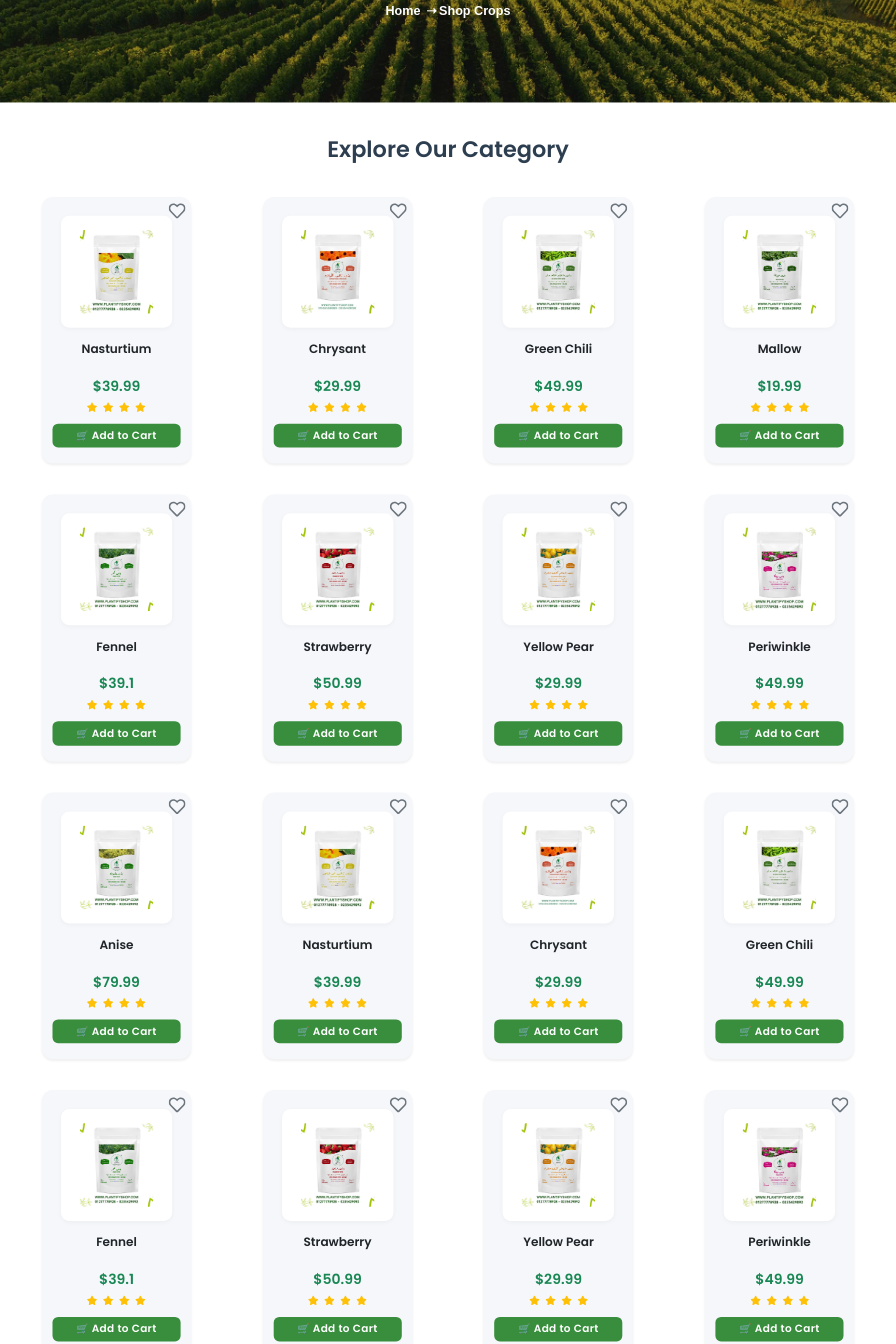
Repository: ShimaaMohamedRoshdi/WorkSpace-agromind
Page: /crops (app in agricultural-management-system-vs/agricultural-management-system-main/)
An editor plug-in stored every save of this project. The page is shown before and after a run of saves, followed by the edit.
The browser window is 1280 px wide. The pictures show the part of the page from y = 365 to 2285 px (the page is 3271 px tall before and 3293 px after), at 70% of full size.
Backgrounds fixed to the window are drawn as part of the page. The project was rebuilt for these pictures with package versions that can differ from the ones it lists, and the page was loaded fresh each time. Also part of the build but not shown: agricultural-management-system-vs/agricultural-management-system-main/vite.config.js, agricultural-management-system-vs/agricultural-management-system-main/services/api.jsx, agricultural-management-system-vs/agricultural-management-system-main/src/pages/SignUp.jsx, agricultural-management-system-vs/agricultural-management-system-main/src/pages/SignIn.jsx, agricultural-management-system-vs/agricultural-management-system-main/src/components/HealthyFoods.css, agricultural-management-system-vs/agricultural-management-system-main/src/components/HealthyFoods.jsx, agricultural-management-system-vs/agricultural-management-system-main/src/components/Products.jsx, agricultural-management-system-vs/agricultural-management-system-main/src/components/AgricultureSkill.jsx and 37 more.

Above is the page before, as saved 2025-05-02 23:43:40.

### agricultural-management-system-vs/agricultural-management-system-main/index.html
<!doctype html>
<html lang="en">
  <head>
    <meta charset="UTF-8" />
    <link rel="icon" type="image/svg+xml" href="/src/assets/images/logo-icon.png" />
        <!-- Google Font for Handwritten Style -->
        <link href="https://fonts.googleapis.com/css2?family=Poppins:wght@300;400;600&display=swap" rel="stylesheet">



    <meta name="viewport" content="width=device-width, initial-scale=1.0" />
    <title>Agromind</title>
  </head>
  <body>
    <div id="root"></div>
    <script type="module" src="/src/main.jsx"></script>
  </body>
</html>

### agricultural-management-system-vs/agricultural-management-system-main/src/main.jsx
import { StrictMode } from 'react';
import { createRoot } from 'react-dom/client';
import { Provider } from 'react-redux';  // Import Provider
import store from './redux/store';  // Import your Redux store
import '../node_modules/bootstrap/dist/css/bootstrap.min.css';
import '../node_modules/bootstrap/dist/js/bootstrap.bundle';
import './index.css';
import App from './App.jsx';

createRoot(document.getElementById('root')).render(
  <StrictMode>
    <Provider store={store}>  {/* Wrap App with Provider */}
      <App />
    </Provider>
  </StrictMode>
);

### agricultural-management-system-vs/agricultural-management-system-main/src/redux/store.jsx
import { configureStore } from '@reduxjs/toolkit';
//configureStore is a function from Redux Toolkit that:
//Creates the Redux store.
//Automatically sets up middleware (like Redux DevTools & thunk for async operations).
//Combines multiple reducers into one.

import cartReducer from './cartSlice';
import wishlistReducer from './WishlistSlice'; // Example
import productReducer from './productSlice';
const store = configureStore({
  reducer: {
    cart: cartReducer,
    product: productReducer,
    wishlist: wishlistReducer,
  },
});

export default store;


// (configue store) A utility provided by Redux Toolkit that simplifies the creation of a Redux store.
// It automatically combines reducers, adds middleware, and sets up development tools like the Redux DevTools.




//cartSlice: Manages the state related to the shopping cart.
//productSlice: Handles the product data and search functionality.
//wishlistReducer: Manages the state for the wishlist feature.

### agricultural-management-system-vs/agricultural-management-system-main/src/index.css
@import url('https://fonts.googleapis.com/css2?family=Caveat:wght@700&display=swap');

.hero-title {
    font-family: 'Caveat', cursive;
}

### agricultural-management-system-vs/agricultural-management-system-main/src/redux/WishlistSlice.jsx

import { createSlice } from '@reduxjs/toolkit';

const initialState = {
  wishlist: [],
  totalItems: 0, // ✅ Added this to track wishlist count
};

const wishlistSlice = createSlice({
  name: 'wishlist',
  initialState,
  reducers: {
  //Purpose: Adds a product to the wishlist if it's not already there.
//Check if the product already exists in the wishlist using find.
//If the product doesn't exist, it is added to the wishlist array using push.
//If it already exists, no action is taken (avoiding duplicates).

    addToWishlist: (state, action) => {
      const itemExists = state.wishlist.find(item => item.id === action.payload.id);
      if (!itemExists) {
        state.wishlist.push(action.payload);
        state.totalItems = state.wishlist.length; // ✅ Update count
      }
    },


     //Purpose: Removes a product from the wishlist.
//Filter out the product with the matching id (provided in the action.payload).
    removeFromWishlist: (state, action) => {
      state.wishlist = state.wishlist.filter(item => item.id !== action.payload.id);
      state.totalItems = state.wishlist.length; // ✅ Update count
    },

    // Clears the wishlist
    clearWishlist: (state) => {
      state.wishlist = [];
      state.totalItems = 0; // ✅ Reset count
    },
  },
});

export const { addToWishlist, removeFromWishlist, clearWishlist } = wishlistSlice.actions;
export default wishlistSlice.reducer;

///for me (From any component, use useDispatch to call these actions:)
// import { useDispatch } from 'react-redux';
// import { addToWishlist, removeFromWishlist, clearWishlist } from './wishlistSlice';

// const dispatch = useDispatch();

 // Add an item to the wishlist
// dispatch(addToWishlist({ id: 1, name: 'Product Name', price: 100 }));

 // Remove an item from the wishlist
// dispatch(removeFromWishlist({ id: 1 }));
// Clear the wishlist

### agricultural-management-system-vs/agricultural-management-system-main/src/redux/productSlice.jsx

import { createSlice } from '@reduxjs/toolkit';
import { mockData, mockData2,mockData3, mockData4 , mockData5} from '../assets/images/mockData';

const initialState = {
  products: mockData,   // from mockData
  products2: mockData2, // from mockData2
  products3: mockData3, // from mockData3
  products4: mockData4, // from mockData4
  products5: mockData5, // from mockData5
};

const productSlice = createSlice({
  name: 'product',
  initialState,
  reducers: {},
});

export default productSlice.reducer;

### agricultural-management-system-vs/agricultural-management-system-main/src/pages/Crops.jsx
import React from "react";
import { useSelector } from "react-redux";
import ProductCard from "../components/ProductCard";
import ShopBanner from "../components/ShopBanner";

const Crops = () => {
  const products = useSelector((state) => state.product.products);

  if (!products || products.length === 0) {
    return <p className="text-center">No products available.</p>;
  }

  return (
    <div>
      <ShopBanner />
      <div className="container py-5 ">
        <h2 className="text-center mb-5 fw-bold">Explore Our Category</h2>
        <div
          className="row row-cols-1 row-cols-md-3 row-cols-lg-5
   g-4"
        >
          {products.map((product) => (
            <div key={product.id} className="col">
              <ProductCard product={product} />
            </div>
          ))}
        </div>
      </div>
    </div>
  );
};

export default Crops;

### agricultural-management-system-vs/agricultural-management-system-main/src/pages/FarmEquipment.jsx
import React from "react";
import "./FarmEquipment.css";
import { MdAgriculture } from "react-icons/md";
import { GiGrain, GiFruitTree, GiFertilizerBag } from "react-icons/gi";
import { FaSeedling, FaTruck, FaTools, FaWarehouse, FaTree, FaTractor } from "react-icons/fa";

const equipmentList = [
  { name: "Tractors", count: 15094, icon: <FaTractor /> },
   { name: "Planting equipment", count: 3209, icon: <FaSeedling /> },
  { name: "Transportation machinery", count: 820, icon: <FaTruck /> },
  { name: "Potato equipment", count: 813, icon: <FaSeedling /> },
    { name: "Equipment", count: 2519, icon: <FaWarehouse /> },
  { name: "Tires and wheels", count: 3387, icon: <FaTruck /> },
];

const FarmEquipment = () => {
  return (
    <div className="farm-container">
      <h5 className="farm-equipment-title">Farm Equipment</h5>

      {/* Equipment Grid */}
      <div className="equipment-grid">
        {equipmentList.map((item, index) => (
          <div key={index} className="equipment-card">
            <div className="equipment-icon">{item.icon}</div>
            <p className="equipment-name">{item.name}</p>
            <p className="equipment-count">{item.count.toLocaleString()}</p>
          </div>
        ))}
      </div>
    </div>
  );
};

export default FarmEquipment;

### agricultural-management-system-vs/agricultural-management-system-main/src/pages/CropGrowing.jsx
import React from "react";
import { GiPlantRoots, GiMushroom } from "react-icons/gi";
import { GiChemicalTank } from "react-icons/gi"; // Import new icon
import "./CropGrowing.css";

const cropGrowingList = [
  { name: "Seeds", count: 905, icon: <GiPlantRoots /> },
  { name: "Mycelium", count: 16, icon: <GiMushroom /> },
  { name: "Agrochemistry", count: 50, icon: <GiChemicalTank /> }, // Added new item
];

const CropGrowing = () => {
  return (
    <div className="container">
      <h2>Crop Growing</h2>
      <div className="grid">
        {cropGrowingList.map((item, index) => (
          <div key={index} className="card">
            <div className="icon">{item.icon}</div>
            <p>{item.name}</p>
            <span>{item.count}</span>
          </div>
        ))}
      </div>
    </div>
  );
};

export default CropGrowing;

### agricultural-management-system-vs/agricultural-management-system-main/src/pages/AnimalHusbandry.jsx
import React from "react";
import { GiShoppingBag } from "react-icons/gi";
import { GiCow, GiMedicalPack, GiCheeseWedge } from "react-icons/gi";
import "./AnimalHusbandry.css";

const animalCategories = [
  { name: "Animals", count: 426, icon: <GiCow /> },
  { name: "Animal Feeds", count: 54, icon: <GiShoppingBag /> },
  { name: "Veterinary & Pet Supplies", count: 38, icon: <GiMedicalPack /> },
  { name: "Animal Products", count: 6, icon: <GiCheeseWedge /> },
];

const AnimalHusbandry = () => {
  return (
    <div className="animal-container">
      <h5 className="section-title">Animal Husbandry</h5>
      <div className="category-grid">
        {animalCategories.map((item, index) => (
          <div key={index} className="category-card">
            <div className="category-icon">{item.icon}</div>
            <p className="category-name">{item.name}</p>
            <p className="category-count">{item.count.toLocaleString()}</p>
          </div>
        ))}
      </div>
    </div>
  );
};

export default AnimalHusbandry;

### agricultural-management-system-vs/agricultural-management-system-main/src/components/ShopBanner.jsx
import React from "react";
import { Link } from "react-router-dom"; // Import Link for navigation
import "./ShopBanner.css";

const ShopBanner = () => {
  return (
    <section className="shop-banner">
      {/* 🔥 Overlay */}
      <div className="overlay"></div>

      {/* Content on top of overlay */}
      <div className="content">
        <p className="subheading">Buy Health Foods At Our Store</p>
        <h1 className="title ">SHOP CROPS</h1>
        <div className="underline"></div>
        <nav className="breadcrumb-container">
          <Link to="/" className="breadcrumb-link">
            Home
          </Link>{" "}
          ➝
          <Link to="/crops" className="breadcrumb-link">
            Shop Crops
          </Link>
        </nav>
      </div>
    </section>
  );
};

export default ShopBanner;

### agricultural-management-system-vs/agricultural-management-system-main/src/pages/CheckOut.css


  /* Card Styling */
  .cardd {
    background: #ffffff;
    border-radius: 8px;
    box-shadow: 0 4px 8px rgba(0, 0, 0, 0.1);
    padding: 20px;
    transition: all 0.3s ease-in-out;
  }

  .cardd:hover {
    box-shadow: 0 6px 12px rgba(0, 0, 0, 0.15);
  }

  .card-header {
    background: #f4f4f4;
    padding: 12px 16px;
    border-radius: 8px 8px 0 0;
    cursor: pointer;
    font-weight: bold;
  }

  .card-body {
    padding: 5px;
  }

  /* Form Styling */
  .form-label {
    font-weight: 500;
    color: #444;
  }

  .form-control {
    border: 1px solid #ccc;
    padding: 10px;
    border-radius: 6px;
    transition: all 0.3s;
  }

  .form-control:focus {
    border-color: #165b33;
    box-shadow: 0 0 6px rgba(22, 91, 51, 0.3);
  }

  /* Payment Option Styling */
  .form-check-input:checked {
    background-color: #165b33;
    border-color: #165b33;
  }

  /* Order Summary Styling */
  .list-group-item {
    border: none;
    padding: 12px;
    background: #fafafa;
  }

  .list-group-item h6 {
    margin-bottom: 2px;
    font-size: 16px;
    color: #333;
  }

  .list-group-item small {
    color: #777;
  }

  /* Button Styling */
  .btn-success {
    background-color: #165b33;
    border: none;
    padding: 12px;
    font-size: 16px;
    font-weight: bold;
    border-radius: 6px;
    transition: 0.3s;
  }

  .btn-success:hover {
    background-color: #0e3e22;
    transform: scale(1.02);
  }

### agricultural-management-system-vs/agricultural-management-system-main/src/pages/CropGrowing.css
.container {
    padding: 20px;
  }

  h2 {
    color: #2c3e50;
    margin-bottom: 20px;
  }

  .grid {
    display: flex;
    gap: 20px;
    flex-wrap: wrap;
  }

  .card {
    background: #e8f5e9;
    padding: 15px;
    border-radius: 10px;
    text-align: center;
    width: 180px;
    box-shadow: 2px 2px 10px rgba(0, 0, 0, 0.1);
    transition: transform 0.2s ease-in-out;
  }

  .card:hover {
    transform: scale(1.05);
  }

  .icon {
    font-size: 50px;
    color: #388e3c;
  }

  p {
    font-weight: bold;
    font-size: 16px;
  }

  span {
    color: #616161;
    font-size: 14px;
  }

### agricultural-management-system-vs/agricultural-management-system-main/src/components/ShopBanner.css
/* 🌟 Shop Banner */
.shop-banner {
  position: relative;
  width: 100vw;
  min-height: 50vh;
  background: url("../assets/images/shop-detail.jpg") center/cover no-repeat
    fixed !important;
  display: flex;
  align-items: center;
  justify-content: center;
  text-align: center;
}

/* 🔥 Overlay Effect */
.overlay {
  position: absolute;
  top: 0;
  left: 0;
  width: 100%;
  height: 100%;
  background: rgba(0, 0, 0, 0.3); /* Black overlay with 50% opacity */
  z-index: 1; /* Keeps overlay above background */
}

/* 🌟 Content Styling */
.content {
  position: relative;
  z-index: 2; /* Ensures text appears above the overlay */
  color: white;
}

/* 🌟 Subheading */
.subheading {
  color: #f3c258; /* Golden color */
  font-size: 20px;
  font-weight: bold;
}

/* 🌟 Main Title */
.title {
  font-size: 50px;
  font-weight: bold;
  font-family: "Poppins", sans-serif;
  text-transform: uppercase;
}

/* 🌟 Yellow Underline */
.underline {
  width: 100px;
  height: 5px;
  background-color: #f3c258;
  margin: 10px auto;
}

/* 🌟 Breadcrumb Navigation */
.breadcrumb-container {
  font-size: 18px;
  font-weight: bold;
}
/* 🌟 Breadcrumb Navigation Links */
.breadcrumb-link {
  color: white;
  text-decoration: none;
  font-weight: bold;
  transition: color 0.3s;
}

.breadcrumb-link:hover {
  color: #18a728; /* Golden color on hover */
}

### agricultural-management-system-vs/agricultural-management-system-main/src/components/BannerHerbicides.css


/* 🌟 Shop Banner */
.shop-banner3 {
    position: relative;
    width: 100vw;
    min-height: 40vh;
    background: url("../assets/images/categ3.png") center/cover no-repeat fixed!important;
    display: flex;
    align-items: center;
    justify-content: center;
    text-align: center;
  }

  /* 🔥 Overlay Effect */
  .overlayy3 {
    position: absolute;
    top: 0;
    left: 0;
    width: 100%;
    height: 100%;
    background: rgba(0, 0, 0, 0.5); /* Black overlay with 50% opacity */
    z-index: 1; /* Keeps overlay above background */
  }

  /* 🌟 Content Styling */
  .contentt {
    position: relative;
    z-index: 2; /* Ensures text appears above the overlay */
    color: white;
  }

  /* 🌟 Subheading */
  .subheading {
    color: #f3c258; /* Golden color */
    font-size: 20px;
    font-weight: bold;
  }

  /* 🌟 Main Title */
  .title {
    font-size: 30px;
    font-weight: bold;
    font-family: "Poppins", sans-serif;
    text-transform: uppercase;
  }

  /* 🌟 Yellow Underline */
  .underline {
    width: 100px;
    height: 5px;
    background-color: #f3c258;
    margin: 10px auto;
  }

  /* 🌟 Breadcrumb Navigation */
  .breadcrumb-container {
    font-size: 18px;
    font-weight: bold;
  }
  /* 🌟 Breadcrumb Navigation Links */
  .breadcrumb-link {
    color: white;
    text-decoration: none;
    font-weight: bold;
    transition: color 0.3s;
  }

  .breadcrumb-link:hover {
    color: #18a728; /* Golden color on hover */
  }

### agricultural-management-system-vs/agricultural-management-system-main/src/components/Bannerorganic.css


/* 🌟 Shop Banner */
.shop-banner2 {
    position: relative;
    width: 100vw;
    min-height: 40vh;
    background: url("../assets/images/categ7.png") center/cover no-repeat fixed!important;
    display: flex;
    align-items: center;
    justify-content: center;
    text-align: center;
  }

  /* 🔥 Overlay Effect */
  .overlayy {
    position: absolute;
    top: 0;
    left: 0;
    width: 100%;
    height: 100%;
    background: rgba(0, 0, 0, 0.5); /* Black overlay with 50% opacity */
    z-index: 1; /* Keeps overlay above background */
  }

  /* 🌟 Content Styling */
  .contentt {
    position: relative;
    z-index: 2; /* Ensures text appears above the overlay */
    color: white;
  }

  /* 🌟 Subheading */
  .subheading {
    color: #f3c258; /* Golden color */
    font-size: 20px;
    font-weight: bold;
  }

  /* 🌟 Main Title */
  .title {
    font-size: 30px;
    font-weight: bold;
    font-family: "Poppins", sans-serif;
    text-transform: uppercase;
  }

  /* 🌟 Yellow Underline */
  .underline {
    width: 100px;
    height: 5px;
    background-color: #f3c258;
    margin: 10px auto;
  }

  /* 🌟 Breadcrumb Navigation */
  .breadcrumb-container {
    font-size: 18px;
    font-weight: bold;
  }
  /* 🌟 Breadcrumb Navigation Links */
  .breadcrumb-link {
    color: white;
    text-decoration: none;
    font-weight: bold;
    transition: color 0.3s;
  }

  .breadcrumb-link:hover {
    color: #18a728; /* Golden color on hover */
  }

### agricultural-management-system-vs/agricultural-management-system-main/src/components/BannerInsecticides.css
/* 🌟 Shop Banner */
.shop-banner4 {
  position: relative;
  width: 100vw;
  min-height: 40vh;
  background: url("../assets/images/categ2.png") center/cover no-repeat fixed !important;
  display: flex;
  align-items: center;
  justify-content: center;
  text-align: center;
}

/* 🔥 Overlay Effect */
.overlayy4 {
  position: absolute;
  top: 0;
  left: 0;
  width: 100%;
  height: 100%;
  background: rgba(0, 0, 0, 0.5); /* Black overlay with 50% opacity */
  z-index: 1; /* Keeps overlay above background */
}

/* 🌟 Content Styling */
.contentt {
  position: relative;
  z-index: 2; /* Ensures text appears above the overlay */
  color: white;
  text-align: center;
}

/* 🌟 Subheading */
.subheading {
  color: #f3c258; /* Golden color */
  font-size: 20px;
  font-weight: bold;
  margin-bottom: 0.5rem;
  letter-spacing: 1px;
}

/* 🌟 Main Title */
.title {
  font-size: 30px;
  font-weight: bold;
  font-family: "Poppins", sans-serif;
  text-transform: uppercase;
  margin-bottom: 0.5rem;
  letter-spacing: 2px;
}

/* 🌟 Yellow Underline */
.underline {
  width: 100px;
  height: 5px;
  background-color: #f3c258;
  margin: 10px auto;
  border-radius: 2px;
}

/* 🌟 Breadcrumb Navigation */
.breadcrumb-container {
  font-size: 18px;
  font-weight: bold;
  color: #fff;
}
/* 🌟 Breadcrumb Navigation Links */
.breadcrumb-link {
  color: white;
  text-decoration: none;
  font-weight: bold;
  transition: color 0.3s;
  margin: 0 0.2rem;
}

.breadcrumb-link:hover {
  color: #18a728; /* Golden color on hover */
}

Loaded but not shown: agricultural-management-system-vs/agricultural-management-system-main/src/assets/images/mockData.jsx (579 lines, source omitted); agricultural-management-system-vs/agricultural-management-system-main/src/components/Navbar.jsx (347 lines, source omitted); agricultural-management-system-vs/agricultural-management-system-main/src/components/ProductCard.jsx (192 lines, source omitted); agricultural-management-system-vs/agricultural-management-system-main/src/components/Navbar.css (292 lines, source omitted); agricultural-management-system-vs/agricultural-management-system-main/src/components/Footer.jsx (161 lines, source omitted); agricultural-management-system-vs/agricultural-management-system-main/src/App.jsx (99 lines, source omitted); agricultural-management-system-vs/agricultural-management-system-main/src/pages/Signup.css (226 lines, source omitted); agricultural-management-system-vs/agricultural-management-system-main/src/pages/ProductDetails.css (202 lines, source omitted); agricultural-management-system-vs/agricultural-management-system-main/src/App.css (181 lines, source omitted); agricultural-management-system-vs/agricultural-management-system-main/src/redux/cartSlice.jsx (61 lines, source omitted); agricultural-management-system-vs/agricultural-management-system-main/src/pages/Home.css (118 lines, source omitted); agricultural-management-system-vs/agricultural-management-system-main/src/components/OrganicSection.css (106 lines, source omitted)

After the next 2 saves:
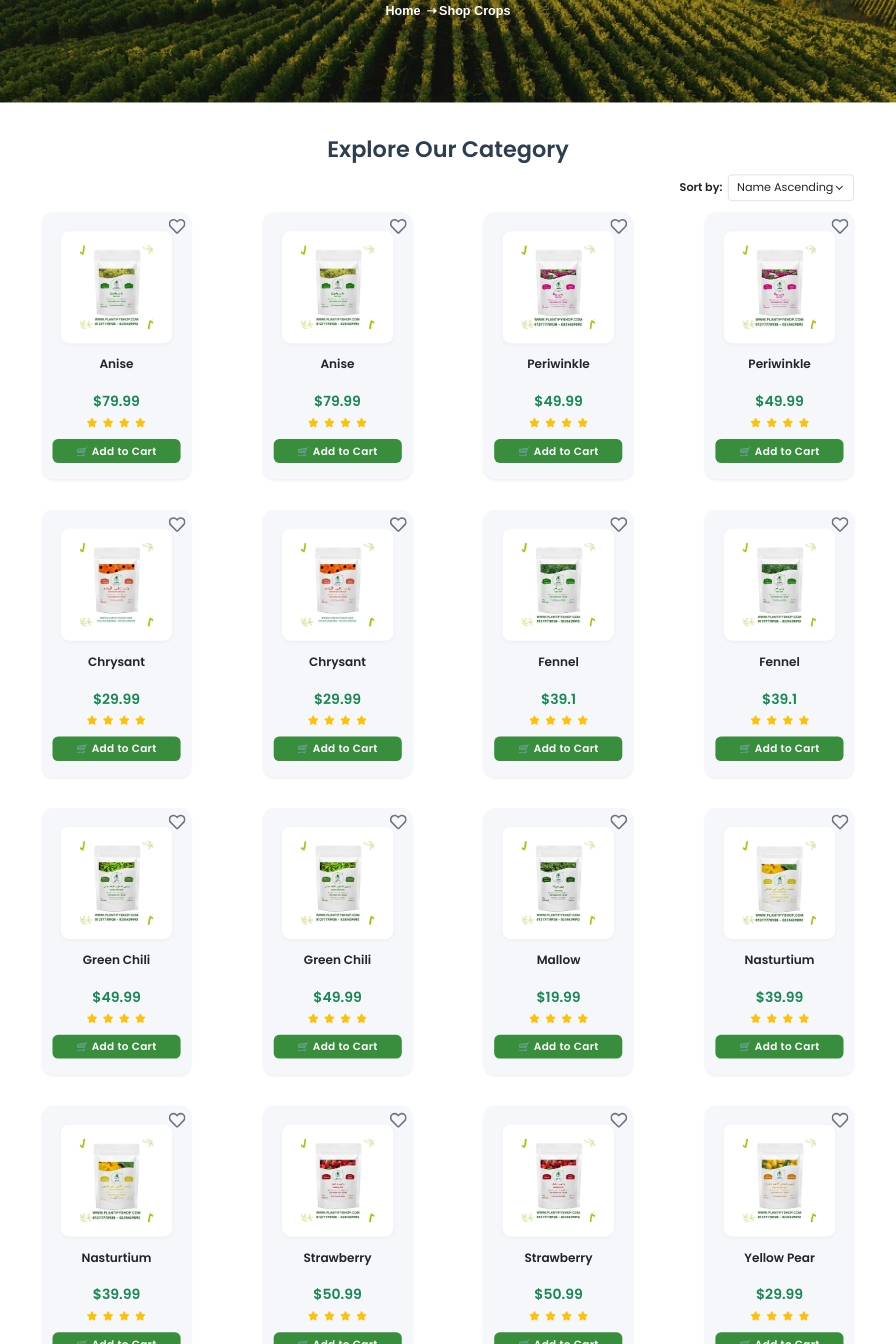
The 2 saves are shown as one change because 1 did not build or start.
The last was saved 28 s later.
--- a/agricultural-management-system-vs/agricultural-management-system-main/src/pages/Crops.jsx
+++ b/agricultural-management-system-vs/agricultural-management-system-main/src/pages/Crops.jsx
@@ -1,25 +1,55 @@
-import React from "react";
+import React, { useState } from "react";
 import { useSelector } from "react-redux";
 import ProductCard from "../components/ProductCard";
 import ShopBanner from "../components/ShopBanner";
 
 const Crops = () => {
   const products = useSelector((state) => state.product.products);
+  const [sortOption, setSortOption] = useState("nameAsc");
 
   if (!products || products.length === 0) {
     return <p className="text-center">No products available.</p>;
   }
 
+  const sortedProducts = [...products].sort((a, b) => {
+    switch (sortOption) {
+      case "nameAsc":
+        return a.name.localeCompare(b.name);
+      case "nameDesc":
+        return b.name.localeCompare(a.name);
+      case "priceAsc":
+        return a.price - b.price;
+      case "priceDesc":
+        return b.price - a.price;
+      default:
+        return 0;
+    }
+  });
+
   return (
     <div>
       <ShopBanner />
       <div className="container py-5 ">
-        <h2 className="text-center mb-5 fw-bold">Explore Our Category</h2>
-        <div
-          className="row row-cols-1 row-cols-md-3 row-cols-lg-5
-   g-4"
-        >
-          {products.map((product) => (
+        <h2 className="text-center mb-3 fw-bold">Explore Our Category</h2>
+        <div className="d-flex justify-content-end mb-3 align-items-center">
+          <label htmlFor="sort" className="me-2 fw-semibold">
+            Sort by:
+          </label>
+          <select
+            id="sort"
+            value={sortOption}
+            onChange={(e) => setSortOption(e.target.value)}
+            className="form-select w-auto"
+            style={{ minWidth: "180px", cursor: "pointer", borderRadius: "0.375rem", borderColor: "#ced4da", padding: "0.375rem 0.75rem" }}
+          >
+            <option value="nameAsc">Name Ascending</option>
+            <option value="nameDesc">Name Descending</option>
+            <option value="priceAsc">Price Ascending</option>
+            <option value="priceDesc">Price Descending</option>
+          </select>
+        </div>
+        <div className="row row-cols-1 row-cols-md-3 row-cols-lg-5 g-4">
+          {sortedProducts.map((product) => (
             <div key={product.id} className="col">
               <ProductCard product={product} />
             </div>
